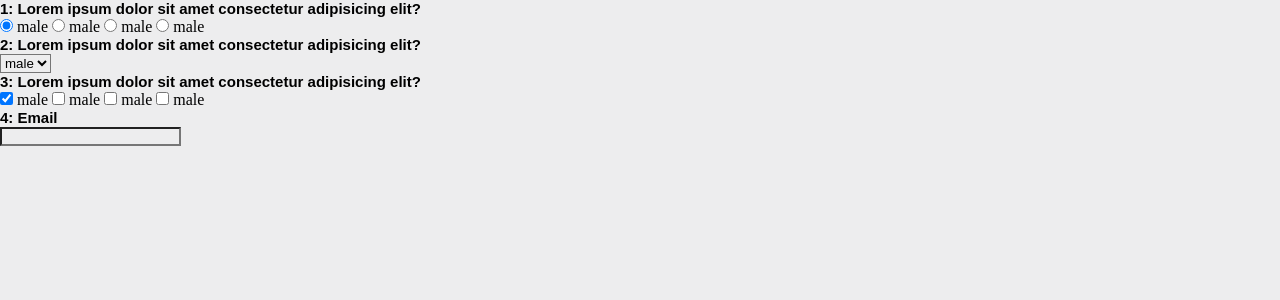
Repository: Grace229/Hasob-form
Page: index.html
An editor plug-in stored every save of this project. The page is shown before and after the next save, followed by the edit.
The browser window is 1280 px wide. The pictures show the whole page.

Above is the page before, as saved 2020-12-26 19:15:05.

After the next save:
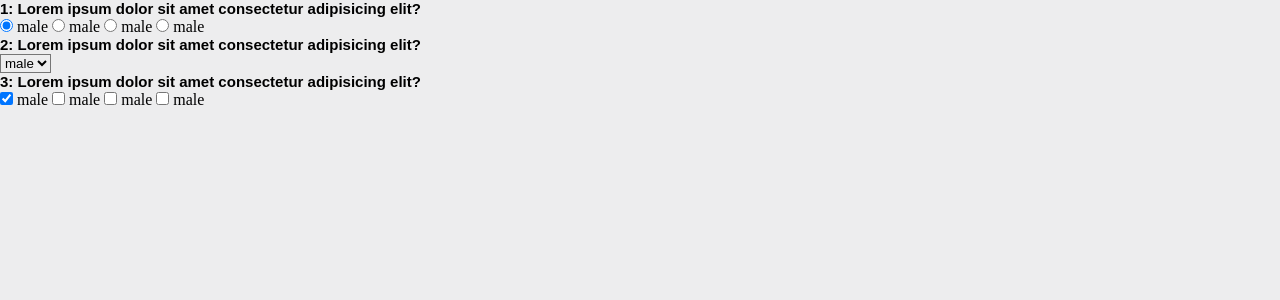
Saved 9 s later.
--- a/index.html
+++ b/index.html
@@ -43,10 +43,10 @@
                 <input type="checkbox" name="gender" value="male" class="input"> male
         </div>
         <!-- textbox -->
-        <div>
+        <!-- <div>
             <label for=""> 4: Email</label> <br>
             <input type="email" name="email" id="">
         </div>
-   </form>
+   </form> -->
 </body>
 </html>
